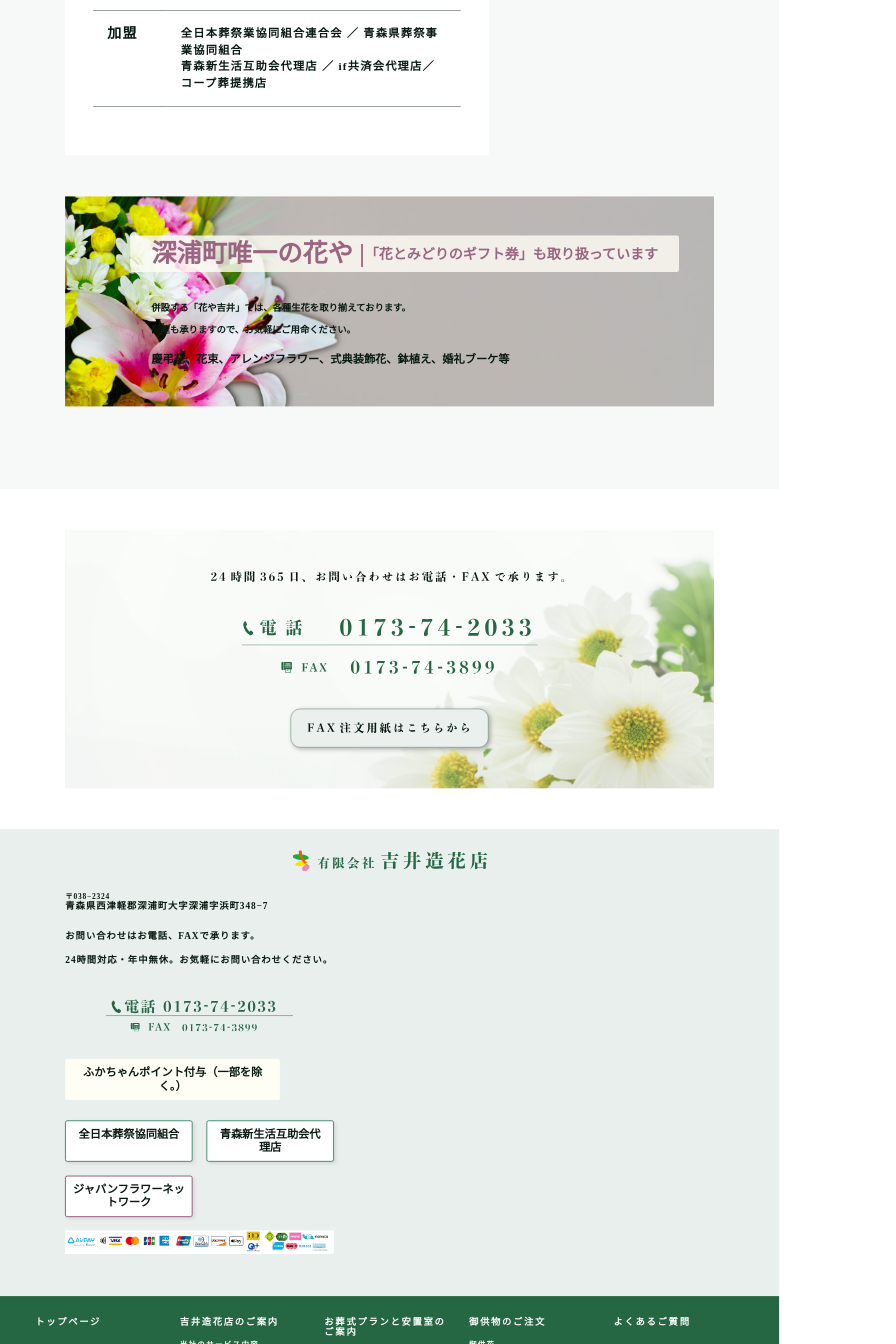
Repository: plus-agc-service-yamauchi/yoshii_scratch_ver3
Page: about.html
An editor plug-in stored every save of this project. The page is shown before and after the next save, followed by the edit.
The browser window is 1280 px wide. The pictures show the part of the page from y = 1742 to 3662 px (the page is 3832 px tall before and 3803 px after), at 70% of full size.
Pictures or frames that could not be fetched are drawn as grey boxes. Some web libraries are served in a nearby version. The style sheet was rebuilt from its Sass, Less or Tailwind sources for each picture, by a compiler version that may differ from the author's.

Above is the page before, as saved 2021-02-01 15:42:18.
Console error (its wording comes from the project's code and is left out).

After the next save:
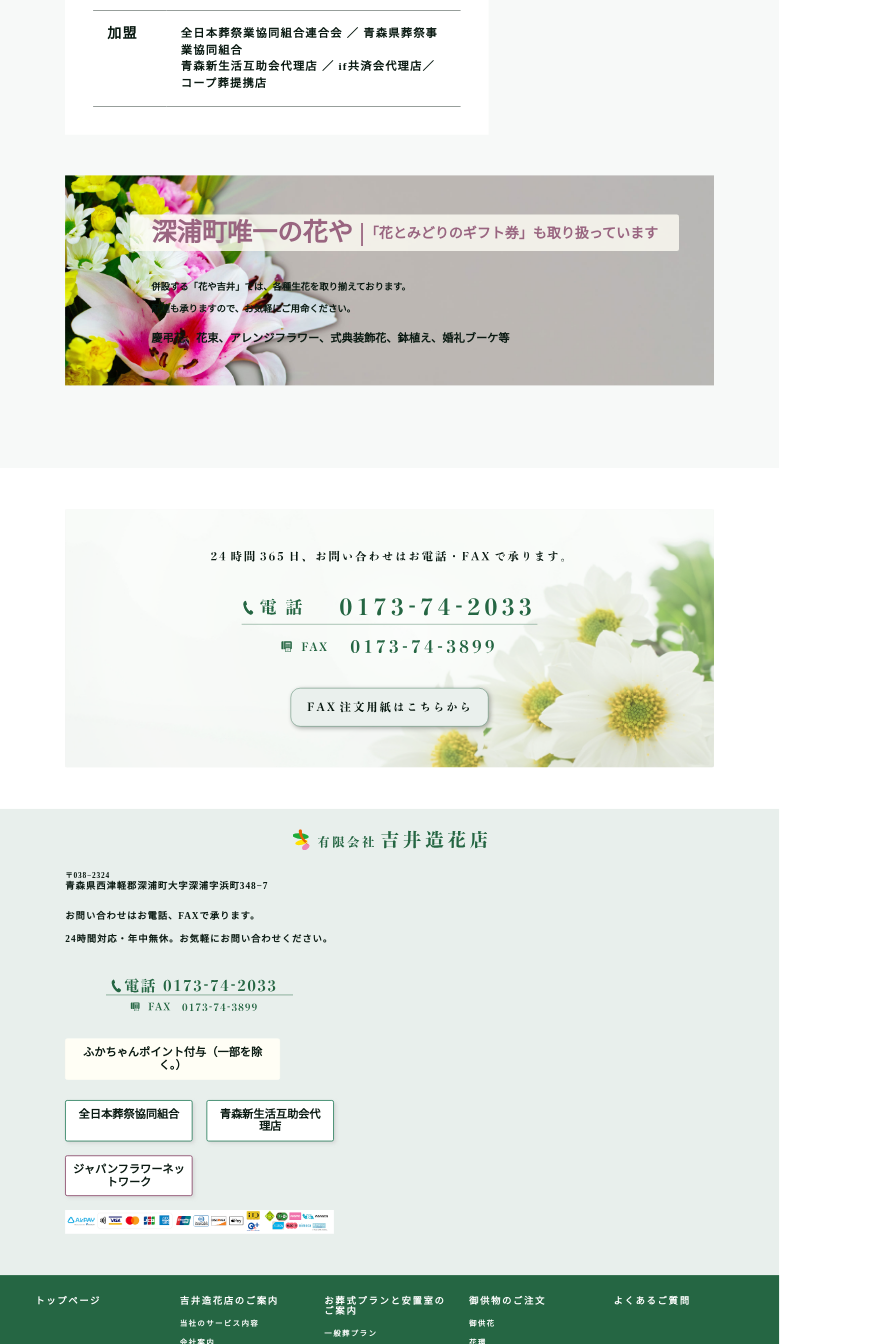
Saved 12 s later.
--- a/about.html
+++ b/about.html
@@ -158,7 +158,7 @@
                         </div>
                         <div class="grid-sp-1 grid-tab-2 grid-pc-2-1 grid-col-gap20">
                             <div class="tablebg">
-                            <table class="mb30 basicinfo">
+                            <table>
                                 <tr>
                                     <td class="tdl">所在地</td>
                                     <td class="tdr">
